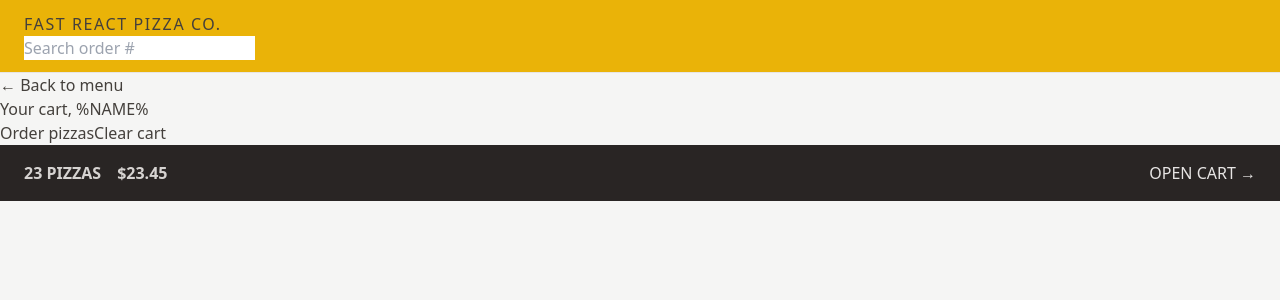
Repository: masamichan/pizza-vite
Page: /cart
An editor plug-in stored every save of this project. The page is shown before and after the next save, followed by the edit.
The browser window is 1280 px wide. The pictures show the whole page.
The project was rebuilt for these pictures with package versions that can differ from the ones it lists, and the page was loaded fresh each time. Also part of the build but not shown: vite.config.js, src/ui/Home.jsx, src/services/apiRestaurant.js, src/utils/helpers.js, src/features/menu/MenuItem.jsx, src/features/menu/Menu.jsx, src/features/order/CreateOrder.jsx, src/features/order/Order.jsx and 2 more. Imported but missing from the stored project, and not drawn on this page: src/features/user/CreateUser.

Above is the page before, as saved 2023-12-22 10:22:44.

After the next save:
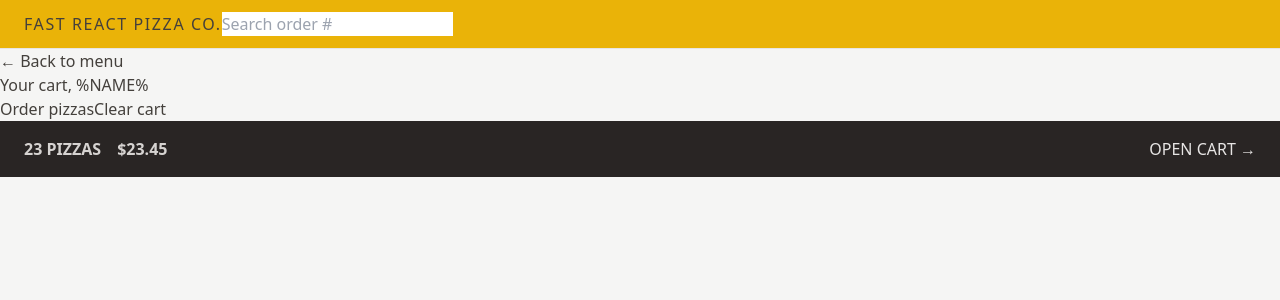
Saved 2 min 27 s later.
--- a/src/ui/Header.jsx
+++ b/src/ui/Header.jsx
@@ -4,7 +4,7 @@ import UserName from '../features/user/UserName';
 
 function Header() {
   return (
-    <header className="border-b border-stone-200 bg-yellow-500 px-4 py-3 uppercase sm:px-6">
+    <header className="flex items-center border-b border-stone-200 bg-yellow-500 px-4 py-3 uppercase sm:px-6">
       <Link to="/" className="tracking-widest">
         Fast React Pizza Co.
       </Link>
